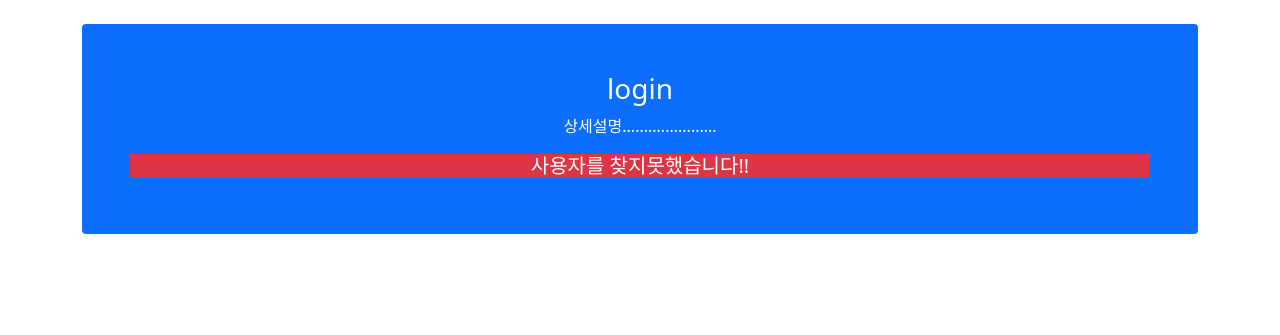
Repository: minokki/mino
Page: http://localhost/lec03_mvc/login/login.jsp
These files come from the project's save history. The page is drawn as it stood at one moment and after the next save; the edit follows.
The browser window is 1280 px wide. The pictures show the whole page.
Some web libraries are served in a nearby version. The page is served by Tomcat 9. Other server files are loaded and not shown.

Above is the page before, as saved 2022-12-28 02:00:01.

### spring/lec03_mvc/src/main/webapp/login/login.jsp
<%@page language="java" contentType="text/html; charset=UTF-8" pageEncoding="UTF-8"%>
<%@taglib uri="http://java.sun.com/jsp/jstl/core" prefix="c" %>
<!DOCTYPE html>
<html>
<head>
   <title>Spring Framework</title>
   <meta charset="UTF-8">
    <meta name="viewport" content="width=device-width, initial-scale=1">
   <link rel="stylesheet" href="https://use.fontawesome.com/releases/v5.4.1/css/all.css"
      integrity="sha384-5sAR7xN1Nv6T6+dT2mhtzEpVJvfS3NScPQTrOxhwjIuvcA67KV2R5Jz6kr4abQsz"
      crossorigin="anonymous">
   <link href="https://cdn.jsdelivr.net/npm/bootstrap@5.0.2/dist/css/bootstrap.min.css" rel="stylesheet" integrity="sha384-EVSTQN3/azprG1Anm3QDgpJLIm9Nao0Yz1ztcQTwFspd3yD65VohhpuuCOmLASjC" crossorigin="anonymous">
   <script src="https://cdn.jsdelivr.net/npm/bootstrap@5.0.2/dist/js/bootstrap.bundle.min.js" integrity="sha384-MrcW6ZMFYlzcLA8Nl+NtUVF0sA7MsXsP1UyJoMp4YLEuNSfAP+JcXn/tWtIaxVXM" crossorigin="anonymous"></script>
</head>
<body>
   <div class="container" align="center">
      <div class="mt-4 p-5 bg-primary text-white rounded">
         <h3>login</h3>
         <p>상세설명......................</p>
           <c:if test="${ !sessionScope.isLoginSuccess }">
           <h5 class="bg-danger text-white">사용자를 찾지못했습니다!!</h5>
           </c:if>
      </div>
      <br>


   </div>
</body>
</html>

After the next save:
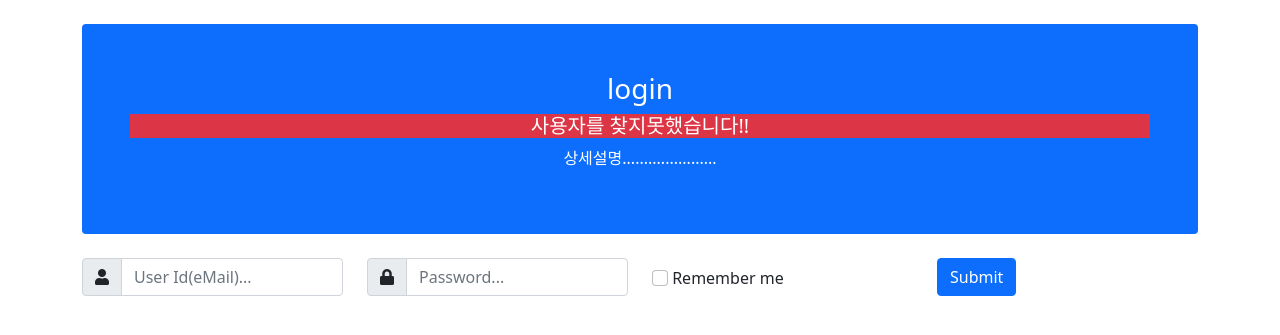
Saved 2 min 40 s later.
--- a/spring/lec03_mvc/src/main/webapp/login/login.jsp
+++ b/spring/lec03_mvc/src/main/webapp/login/login.jsp
@@ -16,13 +16,36 @@
    <div class="container" align="center">
       <div class="mt-4 p-5 bg-primary text-white rounded">
          <h3>login</h3>
-         <p>상세설명......................</p>
            <c:if test="${ !sessionScope.isLoginSuccess }">
            <h5 class="bg-danger text-white">사용자를 찾지못했습니다!!</h5>
            </c:if>
+         <p>상세설명......................</p>
       </div>
       <br>
 
+		      <form action="login.do" method="post">
+            <div class="row">
+               <div class="col input-group">
+                  <div class="input-group-text"><i class="fas fa-user"></i></div>
+                  <input type="text" name="id" class="form-control" id="id" value="${ userVO.id }" placeholder="User Id(eMail)...">
+             </div>
+
+             <div class="col input-group">
+               <div class="input-group-text"><i class="fas fa-lock"></i></div>
+               <input type="password" name="password" class="form-control" id="password" value="${ userVO.password }" placeholder="Password...">
+               </div>
+
+             <div class="col input-group mt-sm-2">
+               <label class="form-check-label">
+                 <input class="form-check-input" type="checkbox" name="remember"> Remember me
+               </label>
+             </div>
+
+                <div class="col input-group justify-right">
+                <button type="submit" class="btn btn-primary">Submit</button>
+             </div>
+         </div>
+      </form>
 
    </div>
 </body>
